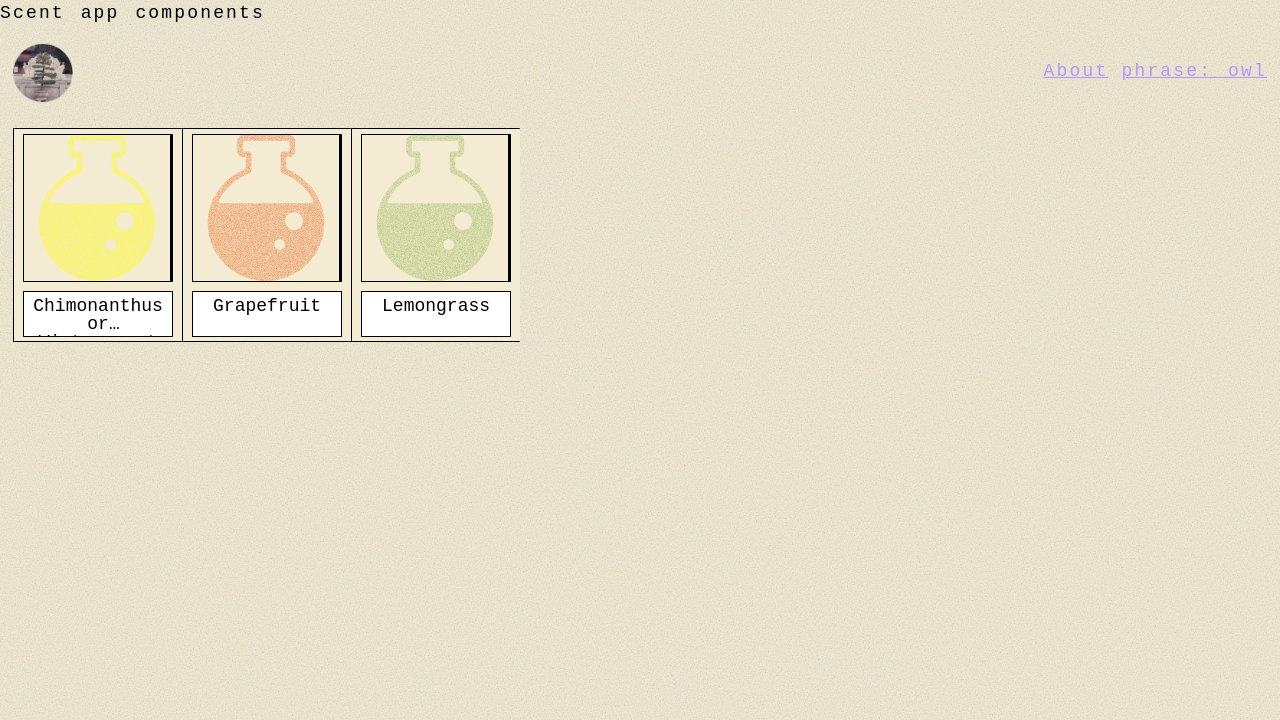
Repository: magiai/scent-app
Page: /
These files come from the project's save history. The page is drawn as it stood at one moment and after the next save; the edit follows.
The browser window is 1280 px wide. The pictures show the whole page.
The project was rebuilt for these pictures with package versions that can differ from the ones it lists, and the page was loaded fresh each time. The framework's server and built-in components were replaced by stand-ins that run in the browser.

Above is the page before, as saved 2022-11-30 13:06:01.

### pages/_app.tsx

import { Provider } from 'react-redux';
import type { AppProps } from 'next/app';
import { store } from '../app/store';
import '../styles/variables.css';
import '../styles/global.css';

function MyApp({ Component, pageProps
}: AppProps) {
    return (
        <Provider store={store}>
            <Component {...pageProps} />
        </Provider>
    )
}

export default MyApp

### pages/_document.js
import { Html, Head, Main, NextScript } from "next/document";

export default function Document() {
    return (
        <Html lang="en">
        <Head>
            <meta charset="utf-8" />
            <meta httpEquiv="X-UA-Compatible" content="IE=edge" />
            <meta name=" theme-color" content="#fff" />
            <meta name="viewport" content="width=device-width, initial-scale=1" />
            <meta name="robots" content="noindex, nofollow" />

            <title key="title">Scent app components</title>
            <link rel="icon" href="/favicon.ico"></link>
            <meta name="description" content="Application description"></meta>

            <noscript>Scent app components</noscript>
        </Head>
        <body>
            <svg
                className="svg__background"
                width='100%'
                height='100%'
                viewBox='0 0 100 100' xmlns='http://www.w3.org/2000/svg'>
                <filter id='noiseFilter' x="-75%" y="-100%" width="250%" height="300%">
                    <feTurbulence
                                type='fractalNoise'
                                baseFrequency='5'
                                numOctaves='10'
                                seed="10"
                                stitchTiles='stitch'/>
                </filter>

                <rect width='100%' height='100%' filter='url(#noiseFilter)'/>
            </svg>
            <Main />
            <NextScript />
        </body>
    </Html>
    )
}

### pages/index.tsx
import Head from 'next/head';
import Layout from '../components/Layout';
import { Scent } from '../components/scent/Scent';

export default function Home() {
  return (
    <Layout>
      <Head>
        <title key="title">Home</title>
      </Head>

      <main>
        <Scent liquidColor="yellow"
            label = "Chimonanthus or Wintersweet" />
        <Scent liquidColor="#e9702c"
                label = "Grapefruit" />
        <Scent liquidColor="#9db95d"
                label = "Lemongrass" />
      </main>

    </Layout>
  )
}

### app/store.ts
import searchEngineReducer from '../components/search/searchSlice';

import {
    Action,
    configureStore,
    ThunkAction,
  } from '@reduxjs/toolkit';

  export const store = configureStore({
    reducer: {
        searchEngine: searchEngineReducer,
    },
  });

  export type AppDispatch = typeof store.dispatch;
  export type RootState = ReturnType<typeof store.getState>;
  export type AppThunk<ReturnType = void> = ThunkAction<
     ReturnType,
     RootState,
     unknown,
     Action<string>
   >;

### styles/variables.css
:root {
    --font-family--base: 'Courier New', Courier, monospace;;
    --color--white: white;
    --color--black: black;
    --color--transparent: rgba(0, 0, 0, 0);

    --hue--base: 255;
    --saturation--base: 100%;
    --lightness--base: 80%;
    --opacity--base: 1;
    --color--lighten: 5%;
    --color--darken: 10%;
    --color--primary: hsla(var(--hue--base), var(--saturation--base), var(--lightness--base), var(--opacity--base));
    --color--primary--active: hsla(var(--hue--base),
                                    var(--saturation--base),
                                    calc(var(--lightness--base) + var(--color--lighten)),
                                    var(--opacity--base));

    --hue--secondary: 46;
    --saturation--secondary: 61%;
    --lightness--secondary: 89%;
    --color--secondary: hsla(var(--hue--secondary), var(--saturation--secondary), var(--lightness--secondary), var(--opacity--base));
    --color--secondary--active: hsla(var(--hue--secondary),
                                var(--saturation--secondary),
                                calc(var(--lightness--secondary) + var(--color--lighten)),
                                var(--opacity--base));

    --hue--error: 360;
    --hue--success: 130;
    --hue--information: 230;
    --color--disabled: hsla(var(--hue--information), 0, calc(var(--lightness--base) - var(--color--darken)), var(--opacity--base));
    --color--information: hsla(var(--hue--information), var(--saturation--base), var(--lightness--base), var(--opacity--base));
    --color--success: hsla(var(--hue--success), var(--saturation--base), var(--lightness--base), var(--opacity--base));
    --color--error: hsla(var(--hue--error), var(--saturation--base), var(--lightness--base), var(--opacity--base));

    --background-color: var(--color--secondary);

    --spacing__ratio: 1.414;
    --spacing__ratio--desktop: 1.618;
    --space--base: 0.5rem;
    --space--xs: var(--space--base);
    --space--s: calc(var(--space--xs) * var(--spacing__ratio));
    --space--m: calc(var(--space--s) * var(--spacing__ratio));
    --space--l: calc(var(--space--m) * var(--spacing__ratio));
    --space--xl: calc(var(--space--l) * var(--spacing__ratio));

    --font-size__ratio: 1.20;
    --font-size__ratio--desktop: 1.333;
    --font-size--base: 1.8rem;
    --font-size--h4: calc(var(--font-size--base) * var(--font-size__ratio));
    --font-size--h3: calc(var(--font-size--h4) * var(--font-size__ratio));
    --font-size--h2: calc(var(--font-size--h3) * var(--font-size__ratio));
    --font-size--h1: calc(var(--font-size--h2) * var(--font-size__ratio));

    --input__height: 4rem;
    --input__border__width: 0.1rem;
    --input__border__style: solid;
    --input__border__color: var(--color--primary);
    --input__border: var(--input__border__width) var(--input__border__style) var(--input__border__color);
    --form-control__color: var(--color--secondary);
    --select__height: 3.4rem;
    --select--focus__color: var(--color--primary);
    --select__arrow__color: var(--input__border__color);

    --svg__button__width: 15rem;
    --svg__button__height: 10rem;
    --button__border__width: 0.1rem;
    --button--svg__label__height: 4.6rem;
}

@media only screen and (min-width: 768px) {
    :root {
        --font-size__ratio: var(--font-size__ratio--desktop);
        --spacing__ratio: var(--spacing__ratio--desktop);
    }
}

### styles/global.css
html {
    font-size: 62.5%;
}

*,
*:before,
*:after {
    box-sizing: border-box;
}

body {
    font-family: var(--font-family--base);
    font-size: var(--font-size--base);
    line-height: 1.5;
	letter-spacing: 0.12em;
	word-spacing: 0.16em;
    color: var(--color--black);
    background-color: var(--background-color);
    margin: 0;
    position: relative;
    min-height: 100vh;
}

@media (prefers-reduced-motion: reduce) {
	*,
	*::before,
	*::after {
		animation-duration: 0.01ms !important;
		animation-iteration-count: 1 !important;
		transition-duration: 0.01ms !important;
		scroll-behavior: auto !important;
	}
}

.svg__background {
	position: absolute;
	top: 0;
	left: 0;
	opacity: 0.4;
    z-index: -1;
}

p,
li,
h1, h2, h3, h4, h5 {
  overflow-wrap: break-word;
  hyphens: auto;
  margin-bottom: 0.65em;
}

h1 {
    font-size: var(--font-size--h1);
}

h2 {
    font-size: var(--font-size--h2);
}

h3 {
    font-size: var(--font-size--h3);
}

h4 {
    font-size: var(--font-size--h4);
}

h5 {
    font-size: var(--font-size--h5);
}

a {
    color: var(--color--primary);
    padding-top: var(--space--s);
    padding-bottom: var(--space--s);
}

a:hover, a:active, a:focus {
    color: var(--color--primary--active);
}

button {
    font-size: max(var(--font-size--base), 1em);
    font-family: inherit;
    padding: 0.25em 0.5em;
    background-color: var(--color--secondary);
    border-radius: 0.1rem;
    border: var(--button__border);
    line-height: 1;
}

### components/Layout.tsx
import React from 'react';
import Footer from './Footer';
import Header from './Header';
import styles from './layout.module.css'

export default function Layout({
  children,
  home
}: {
  children: React.ReactNode
  home?: boolean
}) {
    return (
        <div className = {styles.container}>
            <Header/>
            {children}
            {/* <Footer/> */}
        </div>
    );
}

### components/scent/Scent.tsx
import React from 'react';
import styles from './styles/scent.module.css';
import { ScentImage } from './ScentImage';
import { ScentLabel } from './ScentLabel';

interface ScentProps {
    liquidColor: string;
    label: string;
  /**
   * Optional click handler
   */
  onClick?: () => void;
}

export const Scent = ({
    liquidColor,
    label,
    ...props
}: ScentProps) => {
    //check with useContext
    // const mode: string = visibleBottle ? 'bottle--visible' : 'bottle--hidden';

    return (
    <>
        <button
            type="button"
            className={ styles['button--scent'] }
            {...props}>

            <ScentImage liquidColor = { liquidColor } />
            <ScentLabel label = { label } />
        </button>
    </>
    );
};

### components/search/searchSlice.ts
import {
    createSlice,
    PayloadAction,
  } from '@reduxjs/toolkit';
  import type { RootState } from '../../app/store';

  export type SearchEngineState = {
    value: string;
  };

  const initialState: SearchEngineState = {
    value: 'owl',
  };

  export const searchEngineSlice = createSlice({
    name: 'searchEngine',
    initialState,

    reducers: {

      setSearchedPhrase: (state, action: PayloadAction<string>) => {
        state.value = action.payload;
      },
    },
  });

  export const {
    setSearchedPhrase,
  } = searchEngineSlice.actions;

  export const selectSearch = (state: RootState) => state.searchEngine.value;

  export default searchEngineSlice.reducer;

### components/Header.tsx
import Link from 'next/link';
import Image from 'next/image';
import styles from './header.module.css';
import { useAppSelector } from '../app/hooks';
import { selectSearch } from './../components/search/searchSlice';

export default function Header() {
    const selectPhrase = useAppSelector(selectSearch);

    return (
        <header className = {styles.header}>
            <nav className = {styles.navigation}>
                <Link href="/">
                    <a>
                        <Image
                            src = "/images/logo.png"
                            height = {60}
                            width = {60}
                            alt = "Logo"
                        />
                    </a>
                </Link>
                <ul className = { styles.navigationList }>
                    <li>
                        <Link href="/about">
                            <a>About</a>
                        </Link>
                    </li>
                    <li>
                        <Link href="/about">
                            <a>phrase: {selectPhrase} </a>
                        </Link>
                    </li>
                </ul>
            </nav>
        </header>
    );
}

### components/layout.module.css
.container {
    padding-left: var(--space--m);
    padding-right: var(--space--m);
}

### components/scent/styles/scent.module.css
.svg--bottle,
.button--scent {
    border-top-width: var(--button__border__width);
    border-left-width: var(--button__border__width);
    border-bottom-width: var(--button__border__width);
    border-color: black;
    border-style: solid;
}

.button--scent {
    border-right-width: 0rem;
    color: black;
    transition-property: transform;
    transition-duration: 250ms;
    transition-timing-function: ease-out;
}

.button--scent:active,
.button--scent:focus,
.button--scent:hover {
    background-color: rgba(87, 69, 58, 0.7);
}

.button--svg__label {
    border: 1px solid black;
    height: var(--button--svg__label__height);
    width: var(--svg__button__width);
    margin-top: var(--space--xs);
    background-color: white;
    display: -webkit-box;
    -webkit-line-clamp: 2;
    -webkit-box-orient: vertical;
    overflow: hidden;
    padding-top: var(--space--xs);
    padding-bottom: calc(var(--space--xs) / 2);
    /* text-shadow: 0px 0px 0.2rem black, -0.05rem -0.05rem 0.02rem; */
    transition-property: height;
    transition-duration: 200ms;
    transition-timing-function: ease-in;
}

.button--scent:hover .button--svg__label {
    height: auto;
    min-height: var(--button--svg__label__height);
    overflow: visible;
    -webkit-line-clamp: 5;
}

### components/scent/ScentImage.tsx
import React from 'react';
import styles from './styles/scent.module.css';

interface ScentImageProps {
    liquidColor: string;
}

export const ScentImage = ({
    liquidColor
}: ScentImageProps) => {
    //check with useContext
    // const mode: string = visibleBottle ? 'bottle--visible' : 'bottle--hidden';

    return (
            <svg
                className={ styles['svg--bottle'] }
                xmlns="http://www.w3.org/2000/svg"
                version="1.1"
                x="0px"
                y="0px"
                viewBox="0 0 362.664 362.664">

                <filter id='noiseFilter' x="-10%" y="-10%" width="120%" height="120%">
                    <feTurbulence
                        type='fractalNoise'
                        baseFrequency='5'
                        numOctaves='10'
                        seed="10"
                        stitchTiles='stitch'
                    />
                </filter>

                <mask id="gradient-mask">
                    <rect width='100%' height='100%' filter='url(#noiseFilter)'/>
                </mask>

                <path id={ styles['bottle__path'] }
                    fill={ liquidColor }
                    d="M326.197,217.684c0-14.664-2.472-29.243-7.346-43.334l-1.63-4.711h-0.119c-4.807-12.383-11.477-24.266-19.923-35.369     c-16.07-21.126-37.974-38.302-62.301-48.985c-1.015-0.446-3.057-1.059-3.057-4.892l-0.392-25.177h6.549     c8.759,0,15.886-7.126,15.886-15.885V15.886C253.864,7.127,246.738,0,237.978,0H125.686c-8.759,0-15.885,7.127-15.885,15.886     v23.445c0,8.759,7.126,15.885,15.885,15.885h5.625L131.23,80.06c0,3.75-2.221,4.689-3.323,5.172     c-24.308,10.644-46.197,27.762-62.283,48.842c-8.515,11.159-15.232,23.107-20.067,35.564h-0.119l-1.629,4.712     c-4.872,14.089-7.342,28.668-7.342,43.333c0,0.018,0,0.036,0,0.053c0,0.021,0,0.042,0,0.063     c0,79.879,64.986,144.865,144.865,144.865s144.865-64.986,144.865-144.865c0-0.021,0-0.042,0-0.063     C326.197,217.72,326.197,217.702,326.197,217.684z M202.109,272.231c0-7.348,5.957-13.305,13.305-13.305     s13.305,5.957,13.305,13.305s-5.957,13.305-13.305,13.305S202.109,279.579,202.109,272.231z M228.718,213.922     c0-12.15,9.85-22,22-22s22,9.85,22,22s-9.85,22-22,22S228.718,226.072,228.718,213.922z M140.66,95.165     c0,0,4.543-2.022,4.543-7.522c0-9.792,0.127-27.917,0.127-39.166c0-7.5-6.831-7.261-6.831-7.261h-12.813     c-1.022,0-1.885-0.863-1.885-1.885V15.886c0-1.022,0.863-1.886,1.885-1.886h112.292c1.022,0,1.886,0.864,1.886,1.886v23.445     c0,1.022-0.864,1.885-1.886,1.885h-13.146c0,0-7.473,0.552-7.473,8.929c0,10.874,0.592,28.679,0.592,38.241     c0,5.757,4.469,6.934,4.469,6.934c32.593,12.269,59.116,36.124,74.668,64.853c1.679,3.102,4.577,9.466-4.089,9.466h-225.5     c-6.833,0-3.513-6.596-1.764-9.807C81.372,131.122,107.979,107.339,140.66,95.165z"
                    mask='url(#gradient-mask)'></path>
            </svg>
    );
};

### components/scent/ScentLabel.tsx
import React from 'react';
import styles from './styles/scent.module.css';

interface ScentLabelProps {
    label: string;
}

export const ScentLabel = ({
    label
}: ScentLabelProps) => {

    return (
        <span className={ styles['button--svg__label'] }>{ label }</span>
    );
};

### components/header.module.css
.header {
    padding-top: var(--space--s);
    padding-bottom: var(--space--s);
}

.navigation {
    width: 100%;
    display: flex;
    flex-direction: row;
    justify-content: space-between;
    align-items: center;
}

.navigationList {
    display: flex;
}

.navigationList li {
    list-style: none;
}

.navigationList li:not(:last-of-type) {
    margin-right: var(--space--m);
}

### app/hooks.ts
import {
    TypedUseSelectorHook,
    useDispatch,
    useSelector,
  } from 'react-redux';
  import type {
    AppDispatch,
    RootState,
  } from './store';

  export const useAppDispatch = () => useDispatch<AppDispatch>();
  export const useAppSelector: TypedUseSelectorHook<RootState> = useSelector;

After the next save:
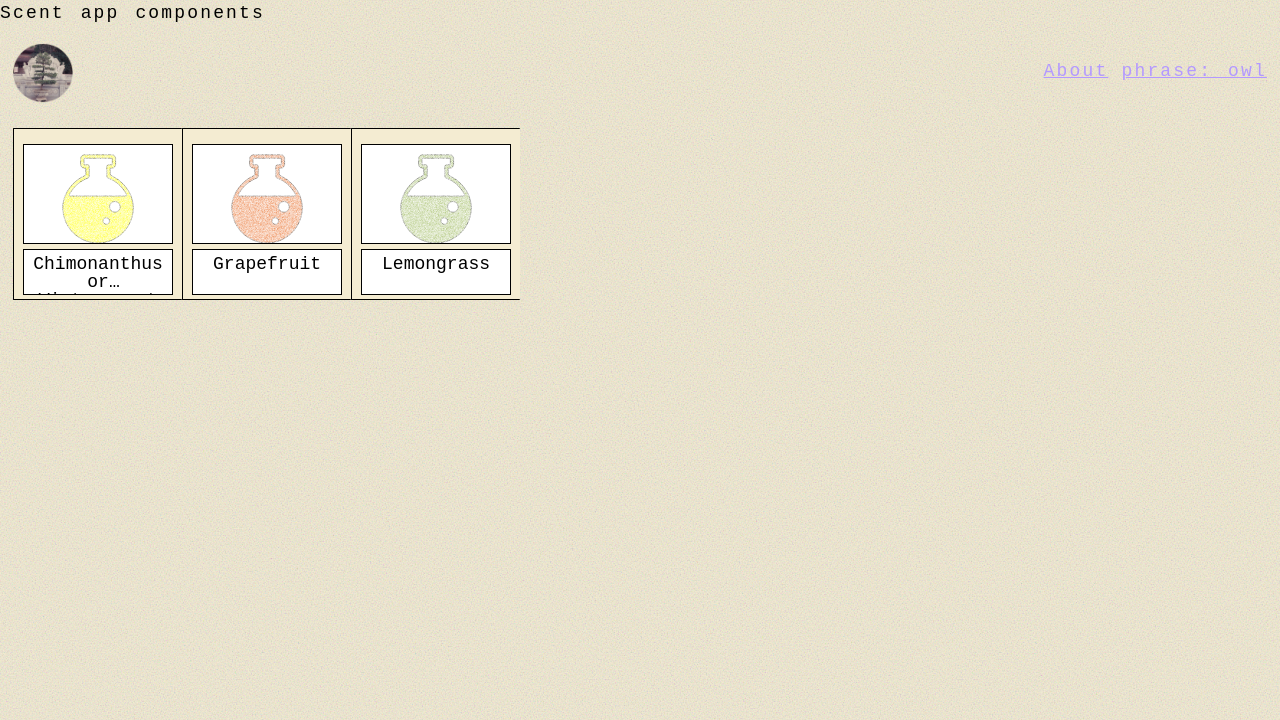
Saved 17 s later.
--- a/components/scent/styles/scent.module.css
+++ b/components/scent/styles/scent.module.css
@@ -19,6 +19,28 @@
 .button--scent:focus,
 .button--scent:hover {
     background-color: rgba(87, 69, 58, 0.7);
+}
+
+svg.svg--bottle {
+    display: flex;
+    width: var(--svg__button__width);
+    height: var(--svg__button__height);
+    margin-top: 1rem;
+    background-color: white;
+    border-right-width: var(--button__border__width);
+}
+
+#bottle__path {
+    stroke: black;
+    stroke-width: 0.3rem;
+    transform-origin: bottom center;
+    transform: scale(0.9);
+}
+
+.button--scent:active #bottle__path,
+.button--scent:focus #bottle__path,
+.button--scent:hover #bottle__path {
+    transform: rotateZ(20deg) translateX(0%) translateY(-3%) scale(0.9);
 }
 
 .button--svg__label {
